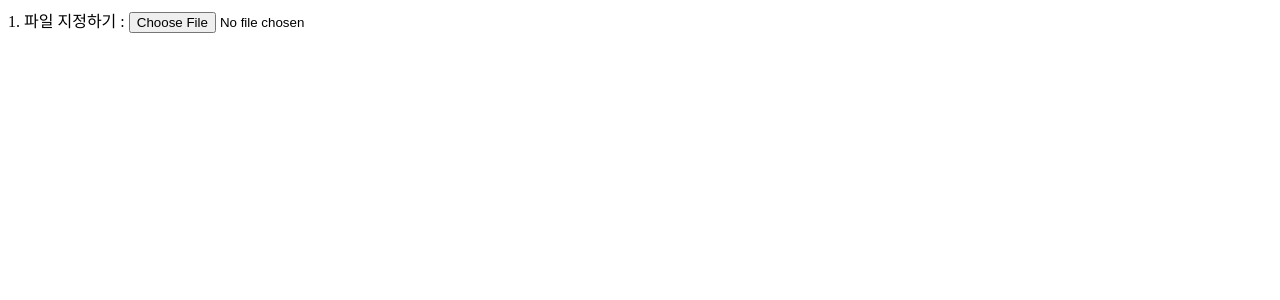
Repository: angwanghyeon/eclipse
Page: http://localhost/sec10/multiUpload.jsp
An editor plug-in stored every save of this project. The page is shown before and after the next save, followed by the edit.
The browser window is 1280 px wide. The pictures show the whole page.
The page is served by Tomcat 9. Other server files are loaded and not shown.

Above is the page before, as saved 2023-09-05 04:55:33.

### sec10/src/main/webapp/multiUpload.jsp
<%@ page language="java" contentType="text/html; charset=UTF-8"
    pageEncoding="UTF-8"%>
<!DOCTYPE html>
<html>
<head>
<meta charset="UTF-8">
<title>멀티 업로드</title>
</head>
<body>
<form action="multiUpload.do" method="post" enctype="multipart/form-data">
1. 파일 지정하기 : <input type="file" name="uploadFile01">

</form>
</body>
</html>

After the next save:
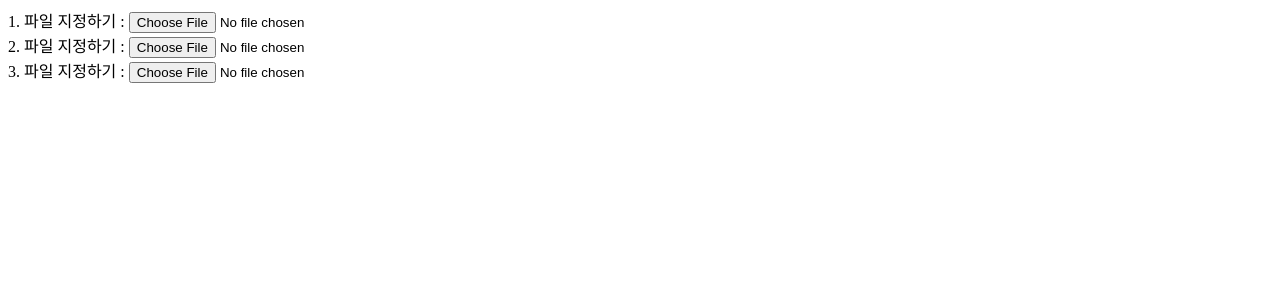
Saved 20 s later.
--- a/sec10/src/main/webapp/multiUpload.jsp
+++ b/sec10/src/main/webapp/multiUpload.jsp
@@ -8,7 +8,9 @@
 </head>
 <body>
 <form action="multiUpload.do" method="post" enctype="multipart/form-data">
-1. 파일 지정하기 : <input type="file" name="uploadFile01">
+1. 파일 지정하기 : <input type="file" name="uploadFile01"><br>
+2. 파일 지정하기 : <input type="file" name="uploadFile02"><br>
+3. 파일 지정하기 : <input type="file" name="uploadFile03"><br>
 
 </form>
 </body>
